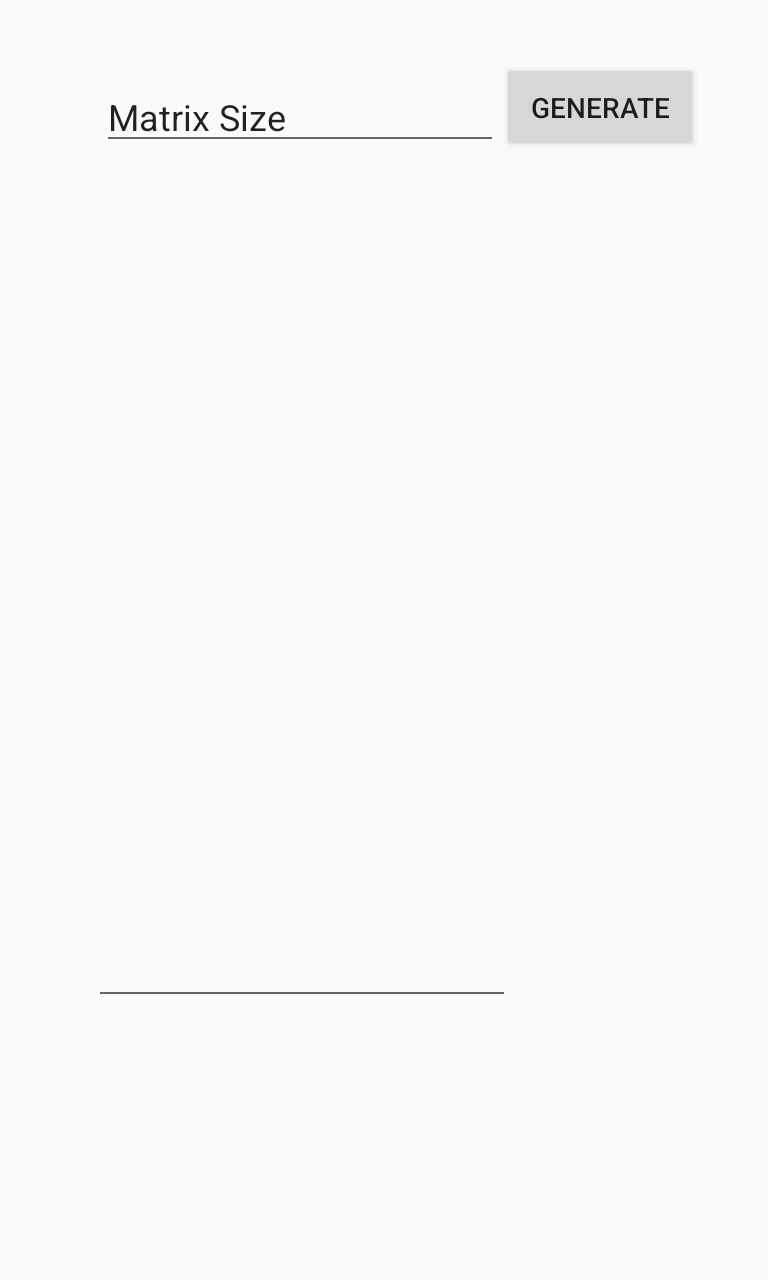
Repository: lhsieh814/ParallelProject
Layout: MatrixManipulation/res/layout/activity_main.xml
These files come from the project's save history. The layout is drawn as it stood at one moment and after the next save; the edit follows.
It is drawn on a 768 x 1280 px phone screen (xhdpi) without system bars, with theme AppTheme; the app's code is not run.

Above is the layout before, as saved 2014-11-22 17:15:43.

### MatrixManipulation/res/layout/activity_main.xml
<RelativeLayout xmlns:android="http://schemas.android.com/apk/res/android"
    xmlns:tools="http://schemas.android.com/tools"
    android:layout_width="match_parent"
    android:layout_height="match_parent"
    android:paddingBottom="@dimen/activity_vertical_margin"
    android:paddingLeft="@dimen/activity_horizontal_margin"
    android:paddingRight="@dimen/activity_horizontal_margin"
    android:paddingTop="@dimen/activity_vertical_margin"
    tools:context="com.example.matrixmanipulation.MainActivity" >

    <EditText
        android:id="@+id/editText2"
        android:layout_width="wrap_content"
        android:layout_height="wrap_content"
        android:layout_alignParentBottom="true"
        android:layout_alignParentLeft="true"
        android:layout_marginBottom="119dp"
        android:layout_marginLeft="30dp"
        android:ems="10"
        android:inputType="textMultiLine" />

    <EditText
        android:id="@+id/editText1"
        android:layout_width="200dp"
        android:layout_height="wrap_content"
        android:layout_alignParentTop="true"
        android:layout_marginTop="20dp"
        android:layout_toLeftOf="@+id/button1"
        android:ems="10"
        android:inputType="number"
        android:text="Matrix Size" />

    <Button
        android:id="@+id/button1"
        android:layout_width="100dp"
        android:layout_height="wrap_content"
        android:layout_alignBottom="@+id/editText1"
        android:layout_alignParentRight="true"
        android:layout_marginRight="18dp"
        android:text="Generate" />

</RelativeLayout>

Loaded but not shown: MatrixManipulation/res/values/styles.xml (common file); MatrixManipulation/res/values-v11/styles.xml (common file); MatrixManipulation/res/values-v14/styles.xml (common file); MatrixManipulation/res/values/dimens.xml (common file); MatrixManipulation/res/values-w820dp/dimens.xml (common file)

After the next save:
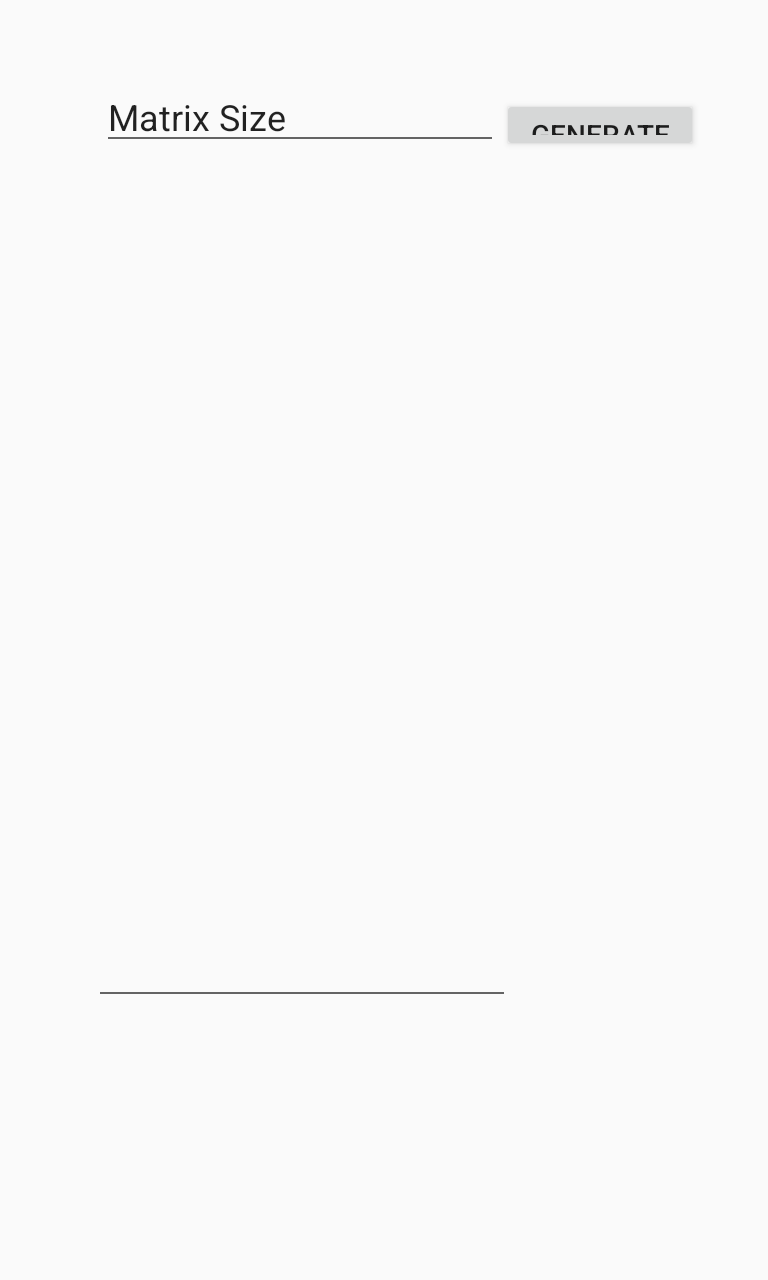
Saved 7 s later.
--- a/MatrixManipulation/res/layout/activity_main.xml
+++ b/MatrixManipulation/res/layout/activity_main.xml
@@ -33,7 +33,7 @@
     <Button
         android:id="@+id/button1"
         android:layout_width="100dp"
-        android:layout_height="wrap_content"
+        android:layout_height="30dp"
         android:layout_alignBottom="@+id/editText1"
         android:layout_alignParentRight="true"
         android:layout_marginRight="18dp"
